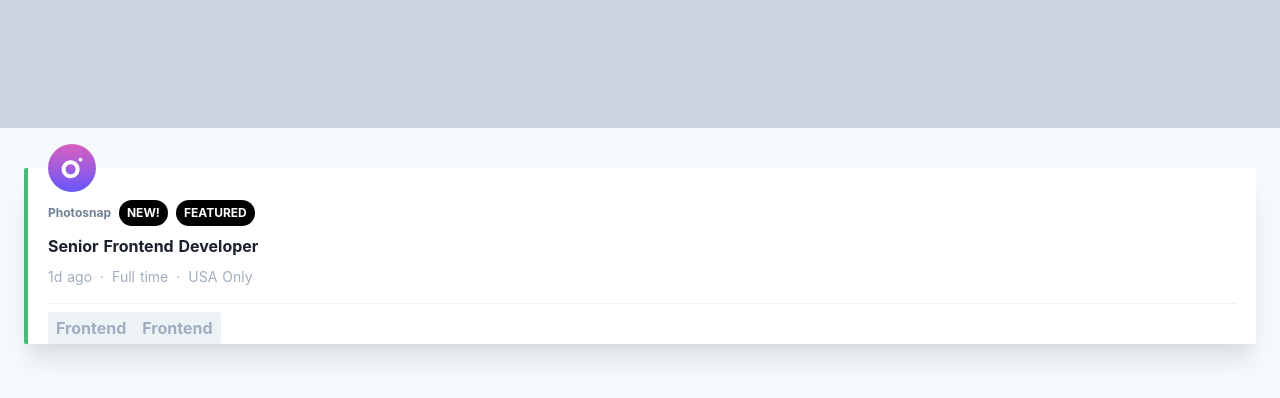
Repository: asongdon/frontendmentor-joblisting
Page: /
An editor plug-in stored every save of this project. The page is shown before and after the next save, followed by the edit.
The browser window is 1280 px wide. The pictures show the whole page.
The project was rebuilt for these pictures with package versions that can differ from the ones it lists, and the page was loaded fresh each time. The framework's server and built-in components were replaced by stand-ins that run in the browser. Also part of the build but not shown: nuxt.config.js.

Above is the page before, as saved 2020-04-12 20:59:34.

### layouts/default.vue
<template>
  <div class="h-screen">
    <Header/>
    <nuxt />
  </div>
</template>

<script>
import Header from '@/components/Header.vue'

export default {
  components: {
    Header
  },
}
</script>

<style>
html {
  font-family: 'Inter', -apple-system, BlinkMacSystemFont, 'Segoe UI',
    Roboto, 'Helvetica Neue', Arial, sans-serif;
  font-size: 16px;
  word-spacing: 1px;
  -ms-text-size-adjust: 100%;
  -webkit-text-size-adjust: 100%;
  -moz-osx-font-smoothing: grayscale;
  -webkit-font-smoothing: antialiased;
  box-sizing: border-box;
  @apply bg-gray-100;
}

*,
*:before,
*:after {
  box-sizing: border-box;
  margin: 0;
}

.button--green {
  display: inline-block;
  border-radius: 4px;
  border: 1px solid #3b8070;
  color: #3b8070;
  text-decoration: none;
  padding: 10px 30px;
}

.button--green:hover {
  color: #fff;
  background-color: #3b8070;
}

.button--grey {
  display: inline-block;
  border-radius: 4px;
  border: 1px solid #35495e;
  color: #35495e;
  text-decoration: none;
  padding: 10px 30px;
  margin-left: 15px;
}

.button--grey:hover {
  color: #fff;
  background-color: #35495e;
}
</style>

### pages/index.vue
<template>
  <div class="container py-10 px-6">
    <Maincard/>
  </div>
</template>

<script>
import Maincard from '@/components/Maincard'
export default {
  components: {
    Maincard
  }
}
</script>

<style>
/* Sample `apply` at-rules with Tailwind CSS
.container {
  @apply min-h-screen flex justify-center items-center text-center mx-auto;
}
*/

</style>

### components/Header.vue
<template>
  <div class="w-full h-32 bg-gray-400"></div>
</template>

<script>
export default {}
</script>

<style></style>

### components/Maincard.vue
<template>
    <div class="flex flex-col flex-no-wrap rounded-sm px-5 border-l-4 border-green-500 bg-white shadow-xl">

    <div class="-mt-6 mb-2">
      <img class="w-12" src="~/assets/logos/faceit.svg" alt="" />
    </div>

    <div class="flex items-center">
      <div class="text-xs font-bold text-gray-600">Photosnap</div>
      <div class="flex text-xs font-bold">
        <div class="bg-black text-white rounded-full px-2 py-1 uppercase ml-2">
          New!
        </div>
        <div class="bg-black text-white rounded-full px-2 py-1 uppercase ml-2">
          Featured
        </div>
      </div>
    </div>

    <div class="mt-2 font-bold text-gray-900">
      Senior Frontend Developer
    </div>

    <div class="flex text-sm mt-2 text-gray-500 border-b border-gray-200 pb-4">
      <div class="mr-2">1d ago</div>
      <div class="mr-2">·</div>
      <div class="mr-2">Full time</div>
      <div class="mr-2">·</div>
      <div>USA Only</div>
    </div>

    <div class="mt-2 flex">
      <div class="px-2 py-1 bg-gray-200 text-gray-500 rounded-sm font-bold">Frontend</div>
      <div class="px-2 py-1 bg-gray-200 text-gray-500 rounded-sm font-bold">Frontend</div>
    </div>

  </div>
</template>

<script>
export default {}
</script>

<style></style>

Loaded but not shown: assets/css/tailwind.css (common file); tailwind.config.js (common file); store/filter.js (no copy from this time; the picture is the same without it); store/index.js (no copy from this time; the picture is the same without it)

After the next save:
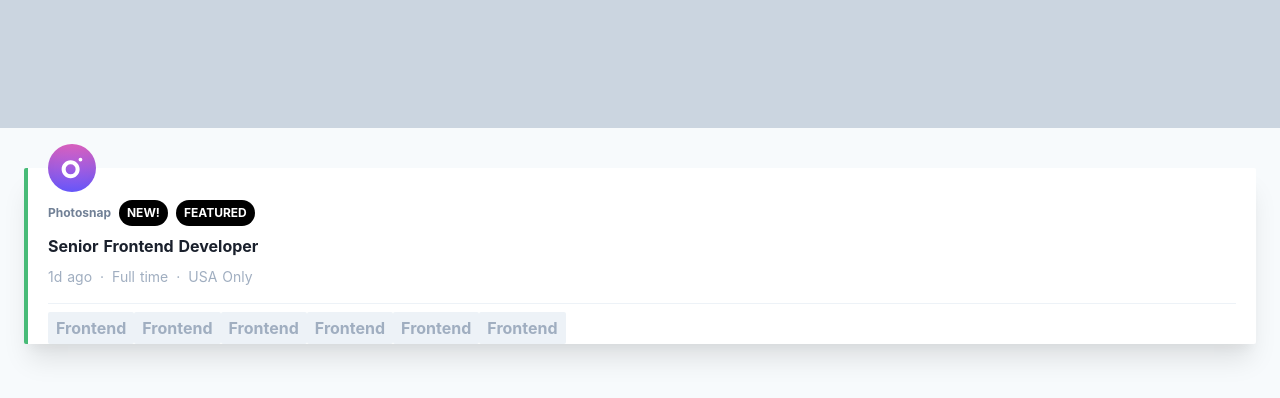
Saved 4 s later.
--- a/components/Maincard.vue
+++ b/components/Maincard.vue
@@ -32,6 +32,10 @@
     <div class="mt-2 flex">
       <div class="px-2 py-1 bg-gray-200 text-gray-500 rounded-sm font-bold">Frontend</div>
       <div class="px-2 py-1 bg-gray-200 text-gray-500 rounded-sm font-bold">Frontend</div>
+      <div class="px-2 py-1 bg-gray-200 text-gray-500 rounded-sm font-bold">Frontend</div>
+      <div class="px-2 py-1 bg-gray-200 text-gray-500 rounded-sm font-bold">Frontend</div>
+      <div class="px-2 py-1 bg-gray-200 text-gray-500 rounded-sm font-bold">Frontend</div>
+      <div class="px-2 py-1 bg-gray-200 text-gray-500 rounded-sm font-bold">Frontend</div>
     </div>
 
   </div>
